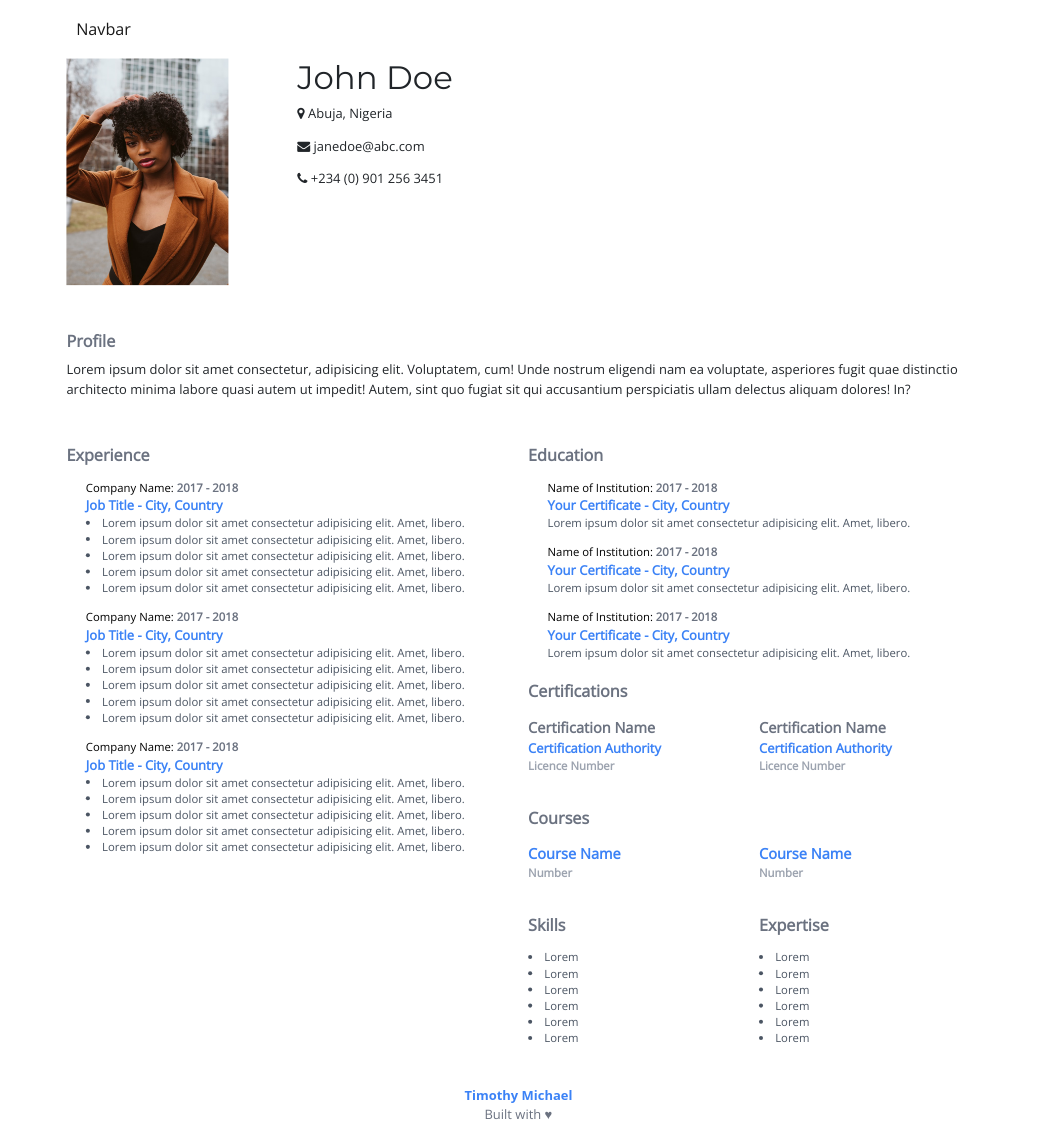
Repository: latenightsnacc/giggles
Page: HTML/CV.html
These files come from the project's save history. The page is drawn as it stood at one moment and after the next save; the edit follows.
The browser window is 1280 px wide. The pictures show the whole page, at 81% of full size.
Some web libraries are served in a nearby version.

Above is the page before, as saved 2021-01-05 14:50:45.

### HTML/CV.html
<!DOCTYPE html>
<html lang="en">
<head>
    <meta charset="UTF-8">
    <meta name="viewport" content="width=device-width, initial-scale=1.0">
    <link href="https://cdnjs.cloudflare.com/ajax/libs/tailwindcss/2.0.2/tailwind.min.css" rel="stylesheet">
    <link rel="stylesheet" href="https://stackpath.bootstrapcdn.com/font-awesome/4.7.0/css/font-awesome.min.css" />
    <link href="https://cdn.jsdelivr.net/npm/bootstrap@5.0.0-beta1/dist/css/bootstrap.min.css" rel="stylesheet" integrity="sha384-giJF6kkoqNQ00vy+HMDP7azOuL0xtbfIcaT9wjKHr8RbDVddVHyTfAAsrekwKmP1" crossorigin="anonymous">
    <link rel="stylesheet" href="stylesheet.css">
    <title>CV Page</title>
</head>
<body class="overflow-x-hidden">
    <!--Navigation-->
    <header class="container">
        <nav class="navbar navbar-expand-lg navbar-light bg-white py-3">
            <div class="container-fluid">
              <a class="navbar-brand" href="search.html">Navbar</a>
              <button class="navbar-toggler" type="button" data-bs-toggle="collapse" data-bs-target="#navbarNavDropdown" aria-controls="navbarNavDropdown" aria-expanded="false" aria-label="Toggle navigation">
                <span class="navbar-toggler-icon"></span>
              </button>
              <div class="collapse navbar-collapse" id="navbarNavDropdown">

              </div>
            </div>
        </nav>
    </header>
    <main>
        <!--Basic Profile-->
        <div class="container">
            <div class="row">
                <div class="col-xs-12 col-sm-12 col-md-3 col-lg-3 col-xl-3">
                    <div>
                        <img src="assets/userDp.jpg" style="width:200px" alt="profile picture">
                    </div>
                </div>
                <div class="col-xs-12 col-sm-12 col-md-9 col-lg-9 col-xl-9">
                    <div>
                        <h1>John Doe</h1>
                        <p>
                            <i class="fa fa-map-marker"></i>
                            Abuja, Nigeria
                        </p>
                        <p>
                            <i class="fa fa-envelope"></i>
                            janedoe@abc.com
                        </p>
                        <p>
                            <i class="fa fa-phone"></i>
                            +234 (0) 901 256 3451
                        </p>
                    </div>
                </div>
            </div>
        </div>

        <div class="container my-5">
            <div class="text-gray-500 font-semibold text-xl py-2">Profile</div>
            <p>Lorem ipsum dolor sit amet consectetur, adipisicing elit. Voluptatem, cum! Unde nostrum eligendi nam ea voluptate, asperiores fugit quae distinctio architecto minima labore quasi autem ut impedit! Autem, sint quo fugiat sit qui accusantium perspiciatis ullam delectus aliquam dolores! In?</p>
        </div>

        <div class="container my-5">
            <div class="row">
                <div class="col-xs-12 col-sm-12 col-md-12 col-lg-6 col-xl-6">
                    <div class="text-gray-500 font-semibold text-xl py-2">Experience</div>
                    <div class="container-sm my-2">
                        <div class="text-black text-sm">Company Name: <span class="text-gray-500 font-semibold">2017 - 2018</span></div>
                        <div class="font-bold text-md text-blue-500">Job Title - City, Country</div>
                        <li class="text-sm text-gray-600">Lorem ipsum dolor sit amet consectetur adipisicing elit. Amet, libero.</li>
                        <li class="text-sm text-gray-600">Lorem ipsum dolor sit amet consectetur adipisicing elit. Amet, libero.</li>
                        <li class="text-sm text-gray-600">Lorem ipsum dolor sit amet consectetur adipisicing elit. Amet, libero.</li>
                        <li class="text-sm text-gray-600">Lorem ipsum dolor sit amet consectetur adipisicing elit. Amet, libero.</li>
                        <li class="text-sm text-gray-600">Lorem ipsum dolor sit amet consectetur adipisicing elit. Amet, libero.</li>
                    </div>
                    <div class="container-sm my-3">
                        <div class="text-black text-sm">Company Name: <span class="text-gray-500 font-semibold">2017 - 2018</span></div>
                        <div class="font-bold text-md text-blue-500">Job Title - City, Country</div>
                        <li class="text-sm text-gray-600">Lorem ipsum dolor sit amet consectetur adipisicing elit. Amet, libero.</li>
                        <li class="text-sm text-gray-600">Lorem ipsum dolor sit amet consectetur adipisicing elit. Amet, libero.</li>
                        <li class="text-sm text-gray-600">Lorem ipsum dolor sit amet consectetur adipisicing elit. Amet, libero.</li>
                        <li class="text-sm text-gray-600">Lorem ipsum dolor sit amet consectetur adipisicing elit. Amet, libero.</li>
                        <li class="text-sm text-gray-600">Lorem ipsum dolor sit amet consectetur adipisicing elit. Amet, libero.</li>
                    </div>
                    <div class="container-sm my-3">
                        <div class="text-black text-sm">Company Name: <span class="text-gray-500 font-semibold">2017 - 2018</span></div>
                        <div class="font-bold text-md text-blue-500">Job Title - City, Country</div>
                        <li class="text-sm text-gray-600">Lorem ipsum dolor sit amet consectetur adipisicing elit. Amet, libero.</li>
                        <li class="text-sm text-gray-600">Lorem ipsum dolor sit amet consectetur adipisicing elit. Amet, libero.</li>
                        <li class="text-sm text-gray-600">Lorem ipsum dolor sit amet consectetur adipisicing elit. Amet, libero.</li>
                        <li class="text-sm text-gray-600">Lorem ipsum dolor sit amet consectetur adipisicing elit. Amet, libero.</li>
                        <li class="text-sm text-gray-600">Lorem ipsum dolor sit amet consectetur adipisicing elit. Amet, libero.</li>
                    </div>
                </div>
                <div class="col-xs-12 col-sm-12 col-md-12 col-lg-6 col-xl-6">
                    <div class="text-gray-500 font-semibold text-xl py-2">Education</div>
                    <div class="container-sm my-2">
                        <div class="text-black text-sm">Name of Institution: <span class="text-gray-500 font-semibold"> 2017 - 2018</span></div>
                        <div class="font-bold text-md text-blue-500">Your Certificate - City, Country</div>
                        <p class="text-sm text-gray-600">Lorem ipsum dolor sit amet consectetur adipisicing elit. Amet, libero.</p>
                    </div>
                    <div class="container-sm my-2">
                        <div class="text-black text-sm">Name of Institution: <span class="text-gray-500 font-semibold"> 2017 - 2018</span></div>
                        <div class="font-bold text-md text-blue-500">Your Certificate - City, Country</div>
                        <p class="text-sm text-gray-600">Lorem ipsum dolor sit amet consectetur adipisicing elit. Amet, libero.</p>
                    </div>
                    <div class="container-sm my-2">
                        <div class="text-black text-sm">Name of Institution: <span class="text-gray-500 font-semibold"> 2017 - 2018</span></div>
                        <div class="font-bold text-md text-blue-500">Your Certificate - City, Country</div>
                        <p class="text-sm text-gray-600">Lorem ipsum dolor sit amet consectetur adipisicing elit. Amet, libero.</p>
                    </div>
                    <div class="text-gray-500 font-semibold text-xl py-2 mt-3 mb-2">Certifications</div>
                    <div class="row">
                        <div class="col-xs-6 col-sm-6 col-md-6 col-lg-6 col-xl-6">
                            <div class="text-gray-500 font-semibold text-lg">Certification Name</div>
                            <div class="font-bold text-md text-blue-500">Certification Authority</div>
                            <p class="font-semibold text-sm text-gray-400">Licence Number</p>
                        </div>
                        <div class="col-xs-6 col-sm-6 col-md-6 col-lg-6 col-xl-6">
                            <div class="text-gray-500 font-semibold text-lg">Certification Name</div>
                            <div class="font-bold text-md text-blue-500">Certification Authority</div>
                            <p class="font-semibold text-sm text-gray-400">Licence Number</p>
                        </div>
                    </div>
                    <div class="text-gray-500 font-semibold text-xl py-2 mt-3 mb-2">Courses</div>
                    <div class="row">
                        <div class="col-xs-6 col-sm-6 col-md-6 col-lg-6 col-xl-6">
                            <div class="text-blue-500 font-semibold text-lg">Course Name</div>
                            <p class="font-semibold text-sm text-gray-400">Number</p>
                        </div>
                        <div class="col-xs-6 col-sm-6 col-md-6 col-lg-6 col-xl-6">
                            <div class="text-blue-500 font-semibold text-lg">Course Name</div>
                            <p class="font-semibold text-sm text-gray-400">Number</p>
                        </div>
                    </div>
                    <div class="row">
                        <div class="col-xs-6 col-sm-6 col-md-6 col-lg-6 col-xl-6">
                            <div class="text-gray-500 font-semibold text-xl py-2 mt-3 mb-2">Skills</div>
                            <li class="text-sm text-gray-600">Lorem</li>
                            <li class="text-sm text-gray-600">Lorem</li>
                            <li class="text-sm text-gray-600">Lorem</li>
                            <li class="text-sm text-gray-600">Lorem</li>
                            <li class="text-sm text-gray-600">Lorem</li>
                            <li class="text-sm text-gray-600">Lorem</li>

                        </div>
                        <div class="col-xs-6 col-sm-6 col-md-6 col-lg-6 col-xl-6">
                            <div class="text-gray-500 font-semibold text-xl py-2 mt-3 mb-2">Expertise</div>
                            <li class="text-sm text-gray-600">Lorem</li>
                            <li class="text-sm text-gray-600">Lorem</li>
                            <li class="text-sm text-gray-600">Lorem</li>
                            <li class="text-sm text-gray-600">Lorem</li>
                            <li class="text-sm text-gray-600">Lorem</li>
                            <li class="text-sm text-gray-600">Lorem</li>
                        </div>
                    </div>

                </div>
            </div>
        </div>
    </main>
    <footer class="text-center text-l text-blue-500 font-semibold">
        Timothy Michael
        <p class="text-gray-500">Built with &hearts;</p>
    </footer>

    <script src="https://cdn.jsdelivr.net/npm/bootstrap@5.0.0-beta1/dist/js/bootstrap.bundle.min.js" integrity="sha384-ygbV9kiqUc6oa4msXn9868pTtWMgiQaeYH7/t7LECLbyPA2x65Kgf80OJFdroafW" crossorigin="anonymous"></script>

</body>
</html>

### HTML/stylesheet.css
@import url('https://fonts.googleapis.com/css2?family=Montserrat:wght@400;700&family=Open+Sans:wght@300;400&display=swap');

h1, h2, h3, h4, h5, h6 {
    font-family: 'Montserrat', sans-serif;
}
.user-info h1 {
    line-height: 60px;
    font-size: 50px;
    font-weight: 700;
    margin-top: 20px;
}
.user-info h2 {
    line-height: 27px;
    font-size: 18px;
    font-weight: 400;
    margin-top: 15px;
}
.user-info span {
    line-height: 36px;
    font-size: 30px;
    font-weight: 600;
}
.user-info p {
    margin: 5px 0;
}
.user-info button {
    margin-top: 10px;
}
p, div, a, button {
    font-family: 'Open Sans', sans-serif;
    font-weight: 300;
}

.work-experience .row:hover .text {
    border:2px solid  #3b82f6;

}
.work-experience .row:hover .flex .no {
    border:1px solid #3b82f6;

}
.nav-link {
    color: #3b82f6 !important;
}
.nav-item .active{
    font-weight: 600;
}

After the next save:
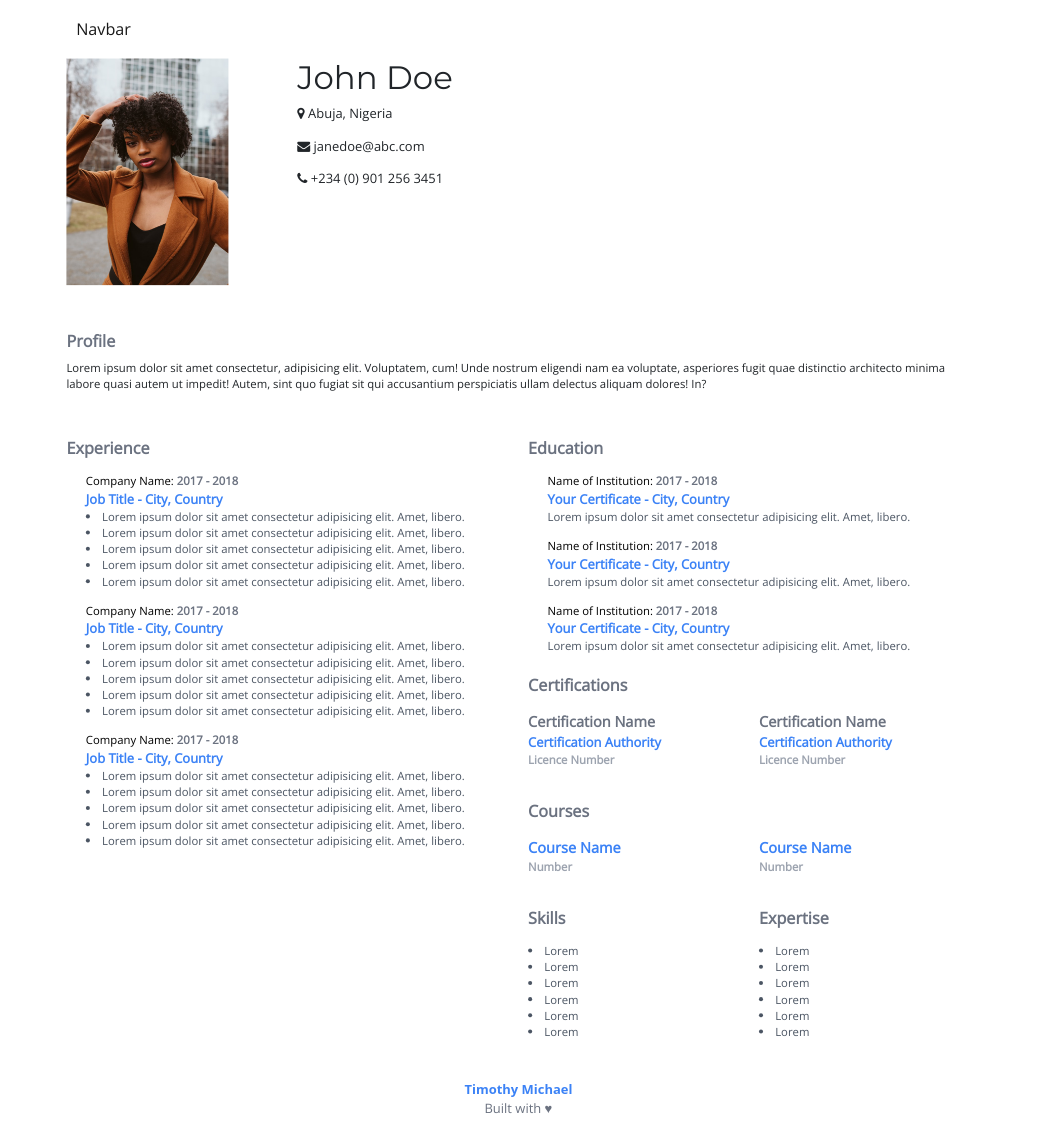
Saved 13 s later.
--- a/HTML/CV.html
+++ b/HTML/CV.html
@@ -55,7 +55,7 @@
 
         <div class="container my-5">
             <div class="text-gray-500 font-semibold text-xl py-2">Profile</div>
-            <p>Lorem ipsum dolor sit amet consectetur, adipisicing elit. Voluptatem, cum! Unde nostrum eligendi nam ea voluptate, asperiores fugit quae distinctio architecto minima labore quasi autem ut impedit! Autem, sint quo fugiat sit qui accusantium perspiciatis ullam delectus aliquam dolores! In?</p>
+            <p class="text-sm">Lorem ipsum dolor sit amet consectetur, adipisicing elit. Voluptatem, cum! Unde nostrum eligendi nam ea voluptate, asperiores fugit quae distinctio architecto minima labore quasi autem ut impedit! Autem, sint quo fugiat sit qui accusantium perspiciatis ullam delectus aliquam dolores! In?</p>
         </div>
 
         <div class="container my-5">

After the save that followed:
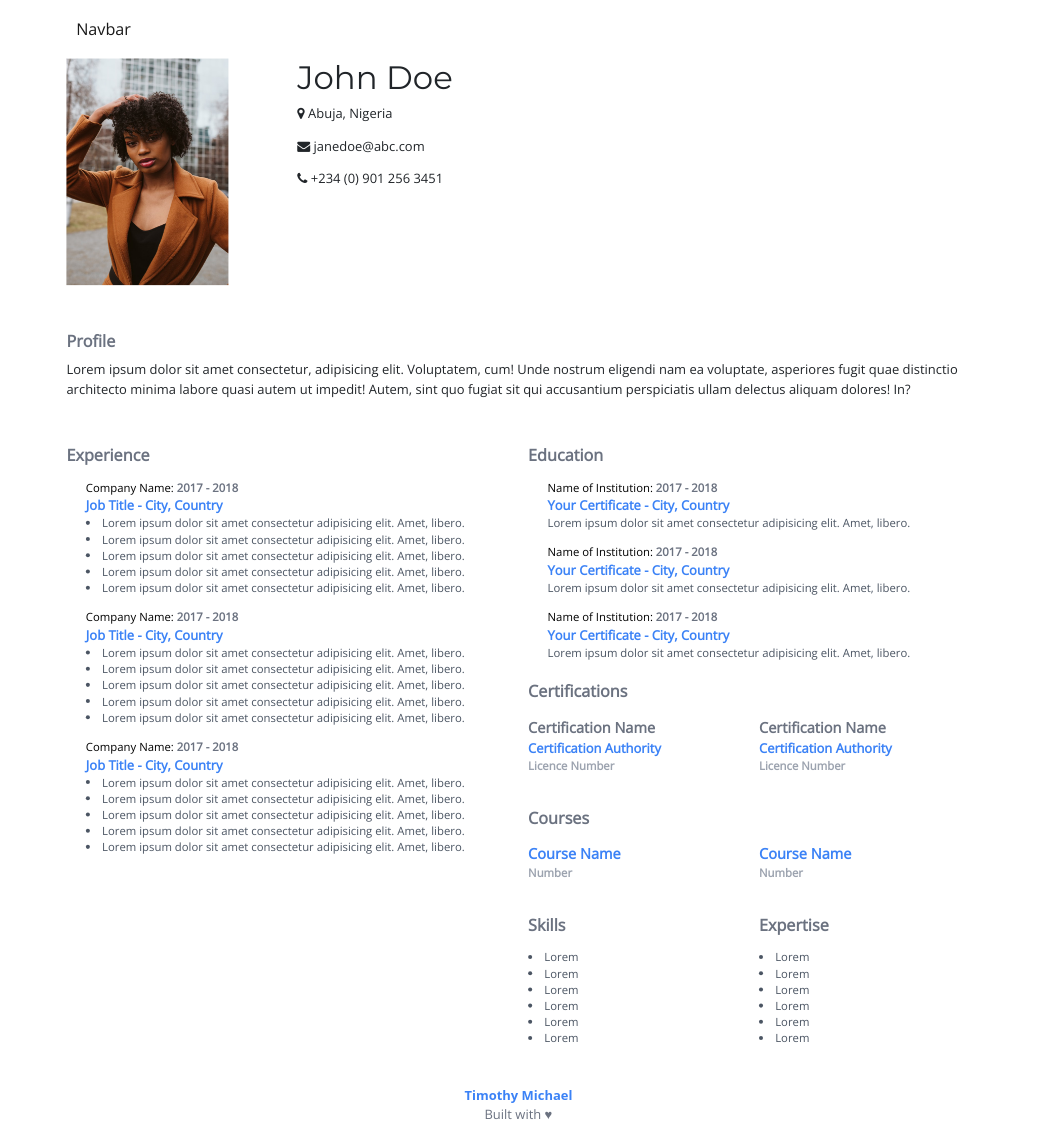
Saved 7 s later.
--- a/HTML/CV.html
+++ b/HTML/CV.html
@@ -55,7 +55,7 @@
 
         <div class="container my-5">
             <div class="text-gray-500 font-semibold text-xl py-2">Profile</div>
-            <p class="text-sm">Lorem ipsum dolor sit amet consectetur, adipisicing elit. Voluptatem, cum! Unde nostrum eligendi nam ea voluptate, asperiores fugit quae distinctio architecto minima labore quasi autem ut impedit! Autem, sint quo fugiat sit qui accusantium perspiciatis ullam delectus aliquam dolores! In?</p>
+            <p class="text-md">Lorem ipsum dolor sit amet consectetur, adipisicing elit. Voluptatem, cum! Unde nostrum eligendi nam ea voluptate, asperiores fugit quae distinctio architecto minima labore quasi autem ut impedit! Autem, sint quo fugiat sit qui accusantium perspiciatis ullam delectus aliquam dolores! In?</p>
         </div>
 
         <div class="container my-5">
